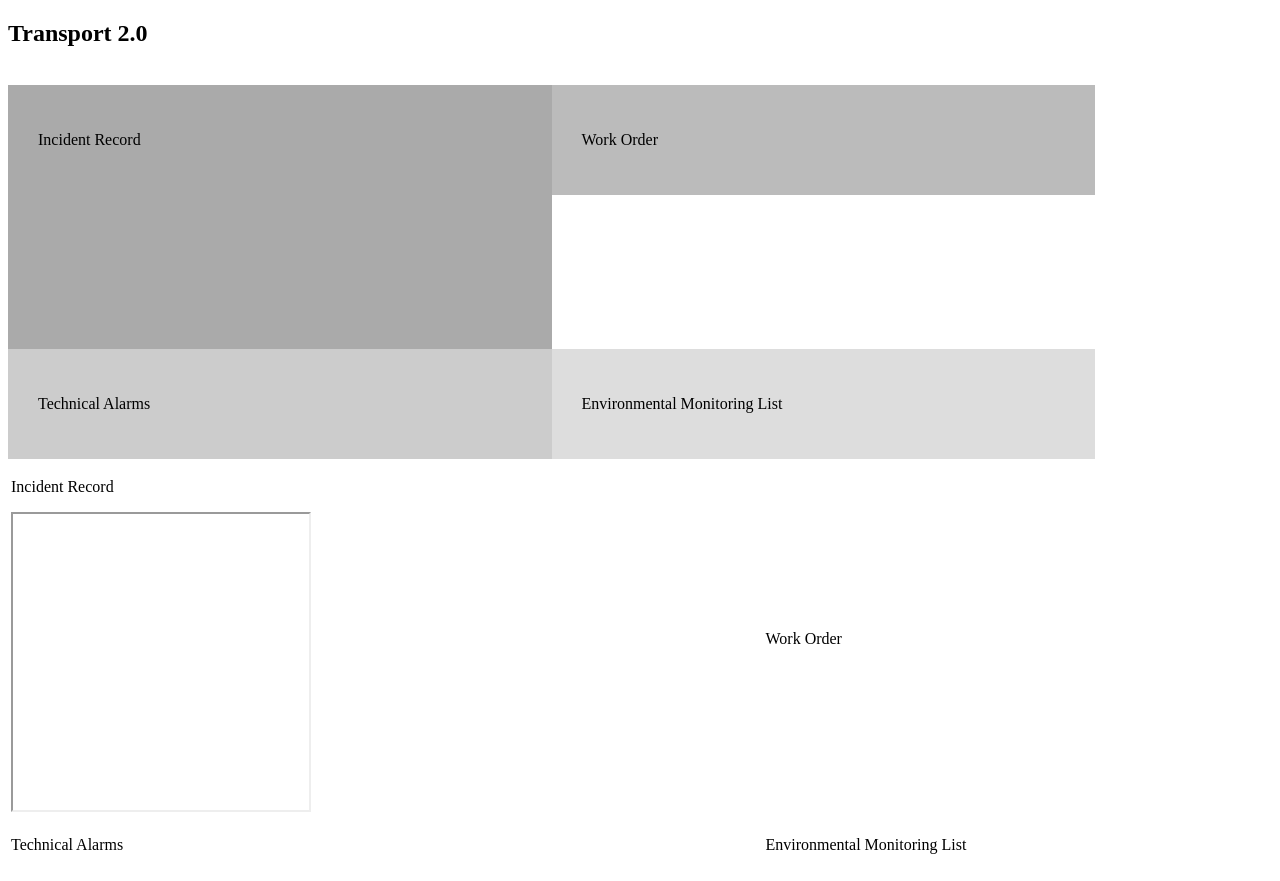
Repository: manjuladevadoss/DemoProject
Page: Eclipseworkspace/DemoPro/html/CCDisplay.html
An editor plug-in stored every save of this project. The page is shown before and after the next save, followed by the edit.
The browser window is 1280 px wide. The pictures show the whole page.

Above is the page before, as saved 2019-02-19 09:18:31.

After the next save:
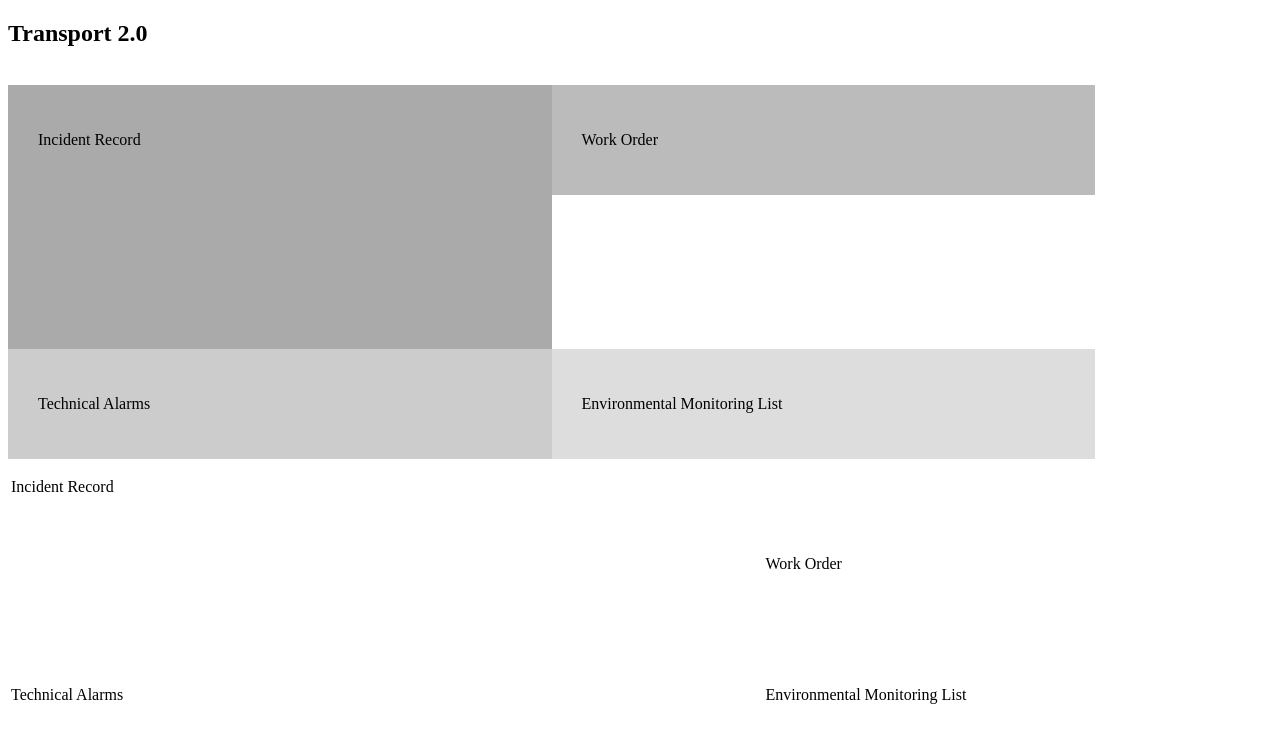
Saved 35 s later.
--- a/Eclipseworkspace/DemoPro/html/CCDisplay.html
+++ b/Eclipseworkspace/DemoPro/html/CCDisplay.html
@@ -70,8 +70,7 @@
 <tr>
 	<td>
   <p>Incident Record</p>
-  <iframe width="300px" height="300">
-  <embed type="text/html" src="C:/Users/mdevadoss/workspace/DemoPro/html/incidentDisplayTbl.html">  </iframe>
+  <embed type="text/html" src="C:/Users/mdevadoss/workspace/DemoPro/html/incidentDisplayTbl.html">
  </td>
 	<td>
   <p>Work Order</p>
